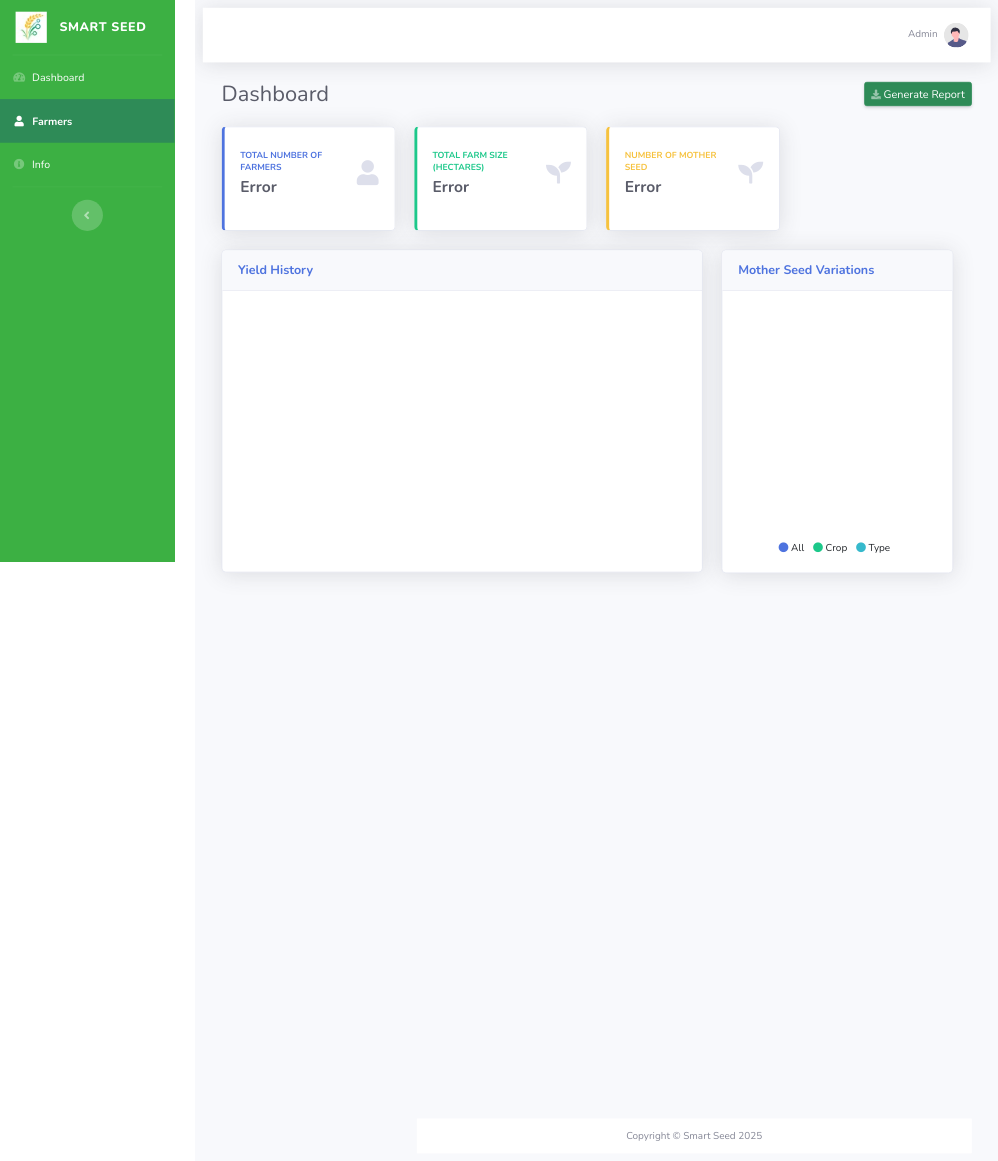
Repository: IFoundGeorge/Smart-Seed-v8-master
Page: src/index.html
These files come from the project's save history. The page is drawn as it stood at one moment and after the next save; the edit follows.
The browser window is 1280 px wide. The pictures show the whole page, at 78% of full size.
The page's requests for data from a server got no answer. Some web libraries are served in a nearby version.

Above is the page before, as saved 2025-03-26 02:24:37.

After the next save:
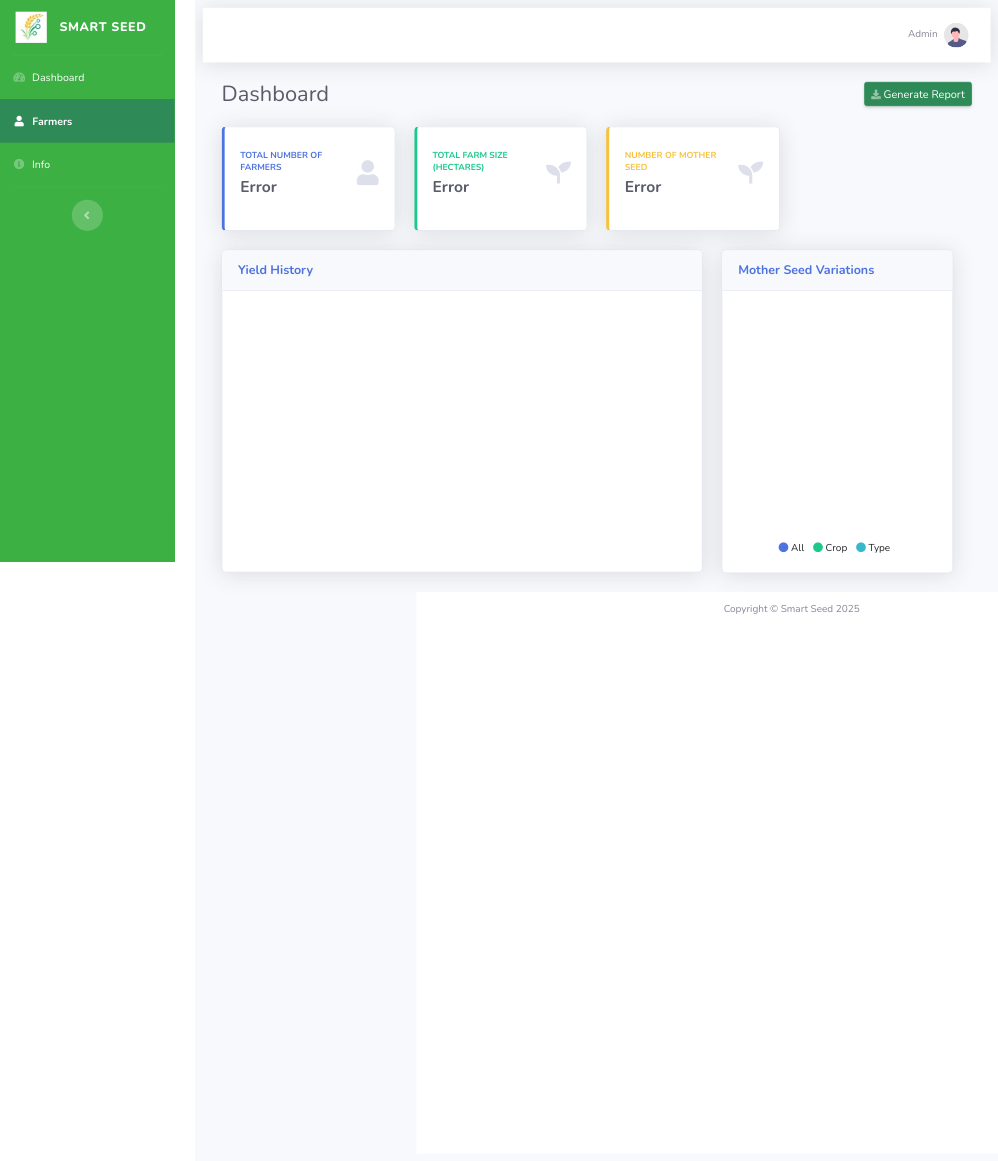
Saved 10 s later.
--- a/src/index.html
+++ b/src/index.html
@@ -520,7 +520,7 @@
             <!-- Footer -->
             <div id="wrapper">
                 <div id="content-wrapper" class="d-flex flex-column">
-                    <div id="content">
+
                         <!-- Page content goes here -->
                     </div>
                     <footer class="sticky-footer bg-white">
